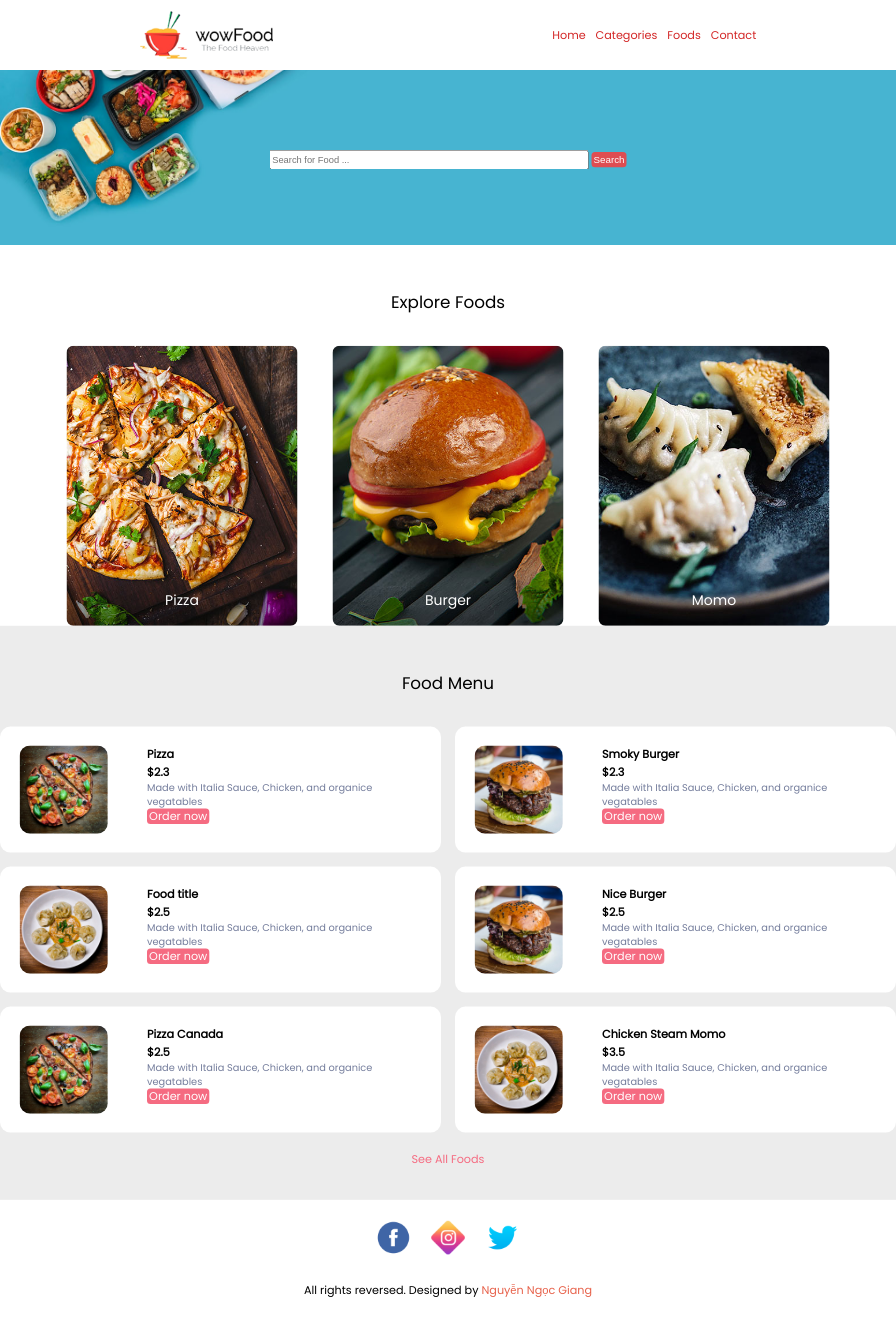
Repository: ruaruababa/WowFood
Page: index.html
These files come from the project's save history. The page is drawn as it stood at one moment and after the next save; the edit follows.
The browser window is 1280 px wide. The pictures show the whole page, at 70% of full size.

Above is the page before, as saved 2021-09-18 11:41:42.

### index.html
<!DOCTYPE html>
<html lang="en">

<head>
    <meta charset="UTF-8" />
    <meta http-equiv="X-UA-Compatible" content="IE=edge" />
    <meta name="viewport" content="width=device-width, initial-scale=1.0" />
    <title>Document</title>
    <link rel="stylesheet" href="./style.css" />
    <link rel="stylesheet" href="./reset.css" />
    <link rel="preconnect" href="https://fonts.googleapis.com" />
    <link rel="preconnect" href="https://fonts.gstatic.com" crossorigin />
    <link href="https://fonts.googleapis.com/css2?family=Poppins:wght@400&display=swap" rel="stylesheet" />
</head>

<body>
    <header>
        <div class="container-header">
            <div class="header-left">
                <img src="./img/logo.png" alt="" />
            </div>
            <div class="header-right">
                <ul class="nav">
                    <li class="item"><a href="">Home</a></li>
                    <li class="item"><a href="">Categories</a></li>
                    <li class="item"><a href="">Foods</a></li>
                    <li class="item"><a href="">Contact</a></li>
                </ul>
            </div>
        </div>
    </header>
    <nav>
        <div class="container-nav">
            <div class="background-search">
                <img src="./img/bg.jpg" alt="bgr-search" />
            </div>
            <div class="form">
                <input type="text" placeholder="Search for Food ..." class="input-search" />
                <!-- <button class="btn-search">Search</button> -->
                <input type="button" value="Search" class="btn-search" />
            </div>
        </div>
    </nav>
    <section>
        <div class="container-section">
            <div class="explore-food">Explore Foods</div>
            <div class="collection-food">
                <ul class="list-food">
                    <li class="item"><img src="./img/pizza.jpg" alt="" /><span>Pizza</span></li>
                    <li class="item"><img src="./img/burger.jpg" alt="" /><span>Burger</span></li>
                    <li class="item"><img src="./img/momo.jpg" alt="" /><span>Momo</span></li>
                </ul>
            </div>
        </div>
    </section>
    <article>
        <div class="container-article">
            <div class="title-food-menu">Food Menu</div>
            <div class="container-menu">
                <div class="container-item">
                    <img src="./img/menu-pizza.jpg" alt="" class="bgr-item" />
                    <div class="item-content">
                        <h6 class="title-item">Pizza</h6>
                        <span class="price-item">$2.3</span>
                        <p class="des-item">
                            Made with Italia Sauce, Chicken, and organice vegatables
                        </p>
                        <a href="" class="oder-item">Order now</a>
                    </div>
                </div>
                <div class="container-item">
                    <img src="./img/menu-burger.jpg" alt="" class="bgr-item" />
                    <div class="item-content">
                        <h6 class="title-item">Smoky Burger</h6>
                        <span class="price-item">$2.3</span>
                        <p class="des-item">
                            Made with Italia Sauce, Chicken, and organice vegatables
                        </p>
                        <a href="" class="oder-item">Order now</a>
                    </div>
                </div>
                <div class="container-item">
                    <img src="./img/menu-momo.jpg" alt="" class="bgr-item" />
                    <div class="item-content">
                        <h6 class="title-item">Food title</h6>
                        <span class="price-item">$2.5</span>
                        <p class="des-item">
                            Made with Italia Sauce, Chicken, and organice vegatables
                        </p>
                        <a href="" class="oder-item">Order now</a>
                    </div>
                </div>
                <div class="container-item">
                    <img src="./img/menu-burger.jpg" alt="" class="bgr-item" />
                    <div class="item-content">
                        <h6 class="title-item">Nice Burger</h6>
                        <span class="price-item">$2.5</span>
                        <p class="des-item">
                            Made with Italia Sauce, Chicken, and organice vegatables
                        </p>
                        <a href="" class="oder-item">Order now</a>
                    </div>
                </div>
                <div class="container-item">
                    <img src="./img/menu-pizza.jpg" alt="" class="bgr-item" />
                    <div class="item-content">
                        <h6 class="title-item">Pizza Canada</h6>
                        <span class="price-item">$2.5</span>
                        <p class="des-item">
                            Made with Italia Sauce, Chicken, and organice vegatables
                        </p>
                        <a href="" class="oder-item">Order now</a>
                    </div>
                </div>
                <div class="container-item">
                    <img src="./img/menu-momo.jpg" alt="" class="bgr-item" />
                    <div class="item-content">
                        <h6 class="title-item">Chicken Steam Momo</h6>
                        <span class="price-item">$3.5</span>
                        <p class="des-item">
                            Made with Italia Sauce, Chicken, and organice vegatables
                        </p>
                        <a href="" class="oder-item">Order now</a>
                    </div>
                </div>
            </div>
            <div class="footer-food-menu">
                <a href="#" class="see-all-foods">See All Foods</a>
            </div>
        </div>
    </article>
    <footer>
        <div class="container-footer">
            <div class="social-network-icon">
                <div class="icon-fb">
                    <a href="https://www.facebook.com/WowFoodPage"><img src="./img/facebook_icon-icons.com_59205.png"
                            alt="" /></a>
                </div>
                <div class="icon-insta">
                    <a href="https://www.instagram.com/wowfoodrus/"><img src="./img/intsa-icon.png" alt="" /></a>
                </div>
                <div class="icon-twitter">
                    <a href="https://twitter.com/WOWFoodPics"><img src="./img/twitter_socialnetwork_20007.png"
                            alt="" /></a>
                </div>
            </div>
            <div class="license">
                <p>
                    All rights reversed. Designed by <a href="">Nguyễn Ngọc Giang</a>
                </p>
            </div>
        </div>
    </footer>
</body>

</html>

### style.css
header{
    /* width: max-content; */
}
.container-header {
    display: flex;
    justify-content: space-around;
    align-items: center;
    margin-top: 15px;
}

.header-left {
    display: flex;
}

.header-left img {}

.name-brand {
    margin-top: 50%;
}

.header-right {
    font-family: "Poppins", sans-serif;
}

.nav {
    list-style: none;
}

.nav li {
    display: inline;
    padding-left: 10px;
    transition: .2s all;
    padding: 5px;
}

.nav li a {
    text-decoration: none;
    color: rgb(211, 38, 38);
}

.nav:hover .item {
    filter: blur(3px);
    opacity: .5;
    transform: scale(.98);
    box-shadow: none;
}

.nav:hover .item:hover {
    transform: scale(1);
    filter: blur(0px);
    opacity: 1;
    box-shadow: 0 8px 20px 0px rgba(0, 0, 0, 0.125);
    border-radius: 5px;
}


nav {
    position: relative;
    max-width: 100%;
    max-height: 100%;
    height: 250px;
}

.container-nav {
    text-align: center;
    margin-top: 15px;
}

.background-search {
    height: 250px;
}

.background-search img {
    height: inherit;
    width: 100%;
    object-fit: cover;
}

.form {
    width: 100%;
    position: absolute;
    top: 50%;
    left: 50%;
    transform: translate(-50%, -50%);
    height: 22px;
}

.input-search {
    width: 35%;
    height: inherit;
}

.btn-search {
    background-color: rgba(250, 59, 59, 0.849);
    border: none;
    border-radius: 5px;
    font-size: 14px;
    color: white;
    cursor: pointer;
    padding: 3px;
}

section {
    position: relative;
}

.explore-food {
    padding-top: 70px;
    text-align: center;
    font-size: 24px;
    font-family: "Poppins", sans-serif;
}

.list-food {
    margin-top: 50px;
    display: flex;
    justify-content: center;
    column-gap: 50px;
}

.list-food li {
    width: 330px;
    height: 400px;
    transition: .2s all;
}

.list-food li:hover {
    transform: scale(1.1);
}

.list-food li img {
    width: 100%;
    height: 100%;
    object-fit: cover;
    border-radius: 10px;
}

.list-food li span {
    font-family: "Poppins", sans-serif;
    display: block;
    font-size: 20px;
    text-align: center;
    color: #ffffff;
    margin-top: -50px;
}

article {
    background-color: #ececec;
}

.title-food-menu {
    padding-top: 70px;
    font-size: 24px;
    text-align: center;
    font-family: "Poppins", sans-serif;
}

.container-menu {
    padding-top: 50px;
    display: grid;
    grid-gap: 20px;
    grid-template-columns: repeat(auto-fit, minmax(550px, 1fr));
    grid-auto-rows: 180px;
    justify-items: center;
    font-family: "Poppins", sans-serif;
}

.container-item:nth-child(odd) {
    justify-self: end;
}

.container-item:nth-child(even) {
    justify-self: start;
}

.container-item {
    background-color: #ffffff;
    display: flex;
    align-items: center;
    border-radius: 15px;
}

.container-item img {
    width: 25%;
    height: 70%;
    object-fit: cover;
    border-radius: 15px;
    margin: 0 28px;
}

.container-item .item-content {
    width: 100%;
    height: 70%;
    object-fit: cover;
    border-radius: 15px;
    margin: 0 28px;
}

.item-content {
    display: inline-block;
}

.title-item {
    font-size: 16px;
    font-weight: bold;
    line-height: 25px;
}

.price-item {
    line-height: 25px;
    font-weight: bold;
}

.des-item {
    font-size: 14px;
    line-height: 20px;
    color: #747d9c;
}

.oder-item {
    text-decoration: none;
    background-color: #f56b81;
    color: white;
    border-radius: 5px;
    padding: 3px;
    display: inline-block;

}

.footer-food-menu {
    margin-top: 30px;
}

.see-all-foods {
    display: block;
    text-align: center;
    text-decoration: none;
    color: #f56b81;
    padding-bottom: 50px;
    font-family: "Poppins", sans-serif;
    transition: .2s all;
}

.see-all-foods:hover{
    text-decoration: underline;
    transform: scale(1.1);
}

.social-network-icon {
    display: flex;
    justify-content: center;
    margin-top: 30px;
}

.icon-insta {
    margin: 0 30px;
}

.license {
    margin-top: 40px;
    margin-bottom: 30px;
    font-family: "Poppins", sans-serif;
}

.license p {
    text-align: center;
}

.license p a {
    text-decoration: none;
    color: #e7614a;
}

Loaded but not shown: reset.css (common file)

After the next save:
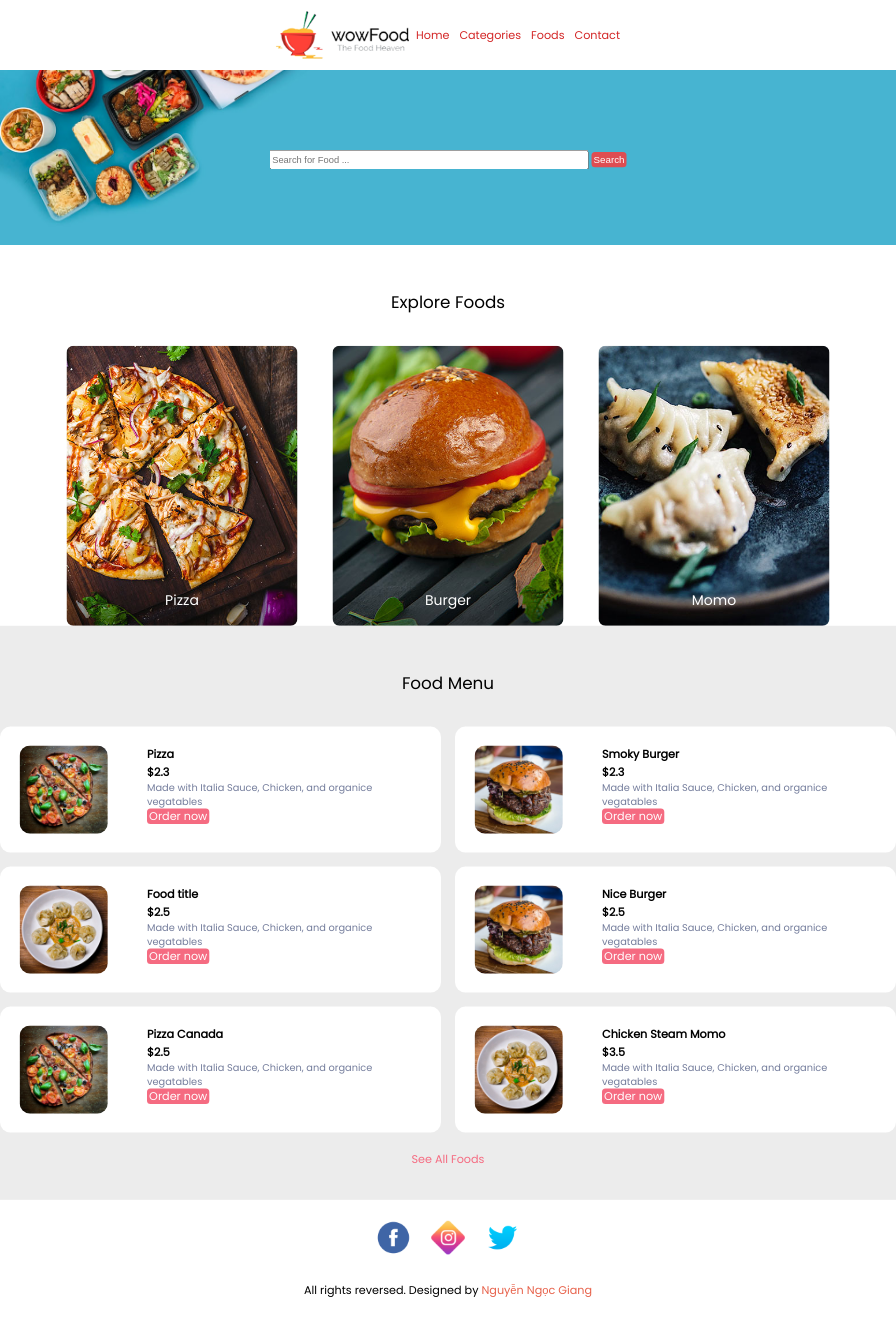
Saved 6 s later.
--- a/style.css
+++ b/style.css
@@ -3,7 +3,7 @@ header{
 }
 .container-header {
     display: flex;
-    justify-content: space-around;
+    justify-content: center;
     align-items: center;
     margin-top: 15px;
 }
